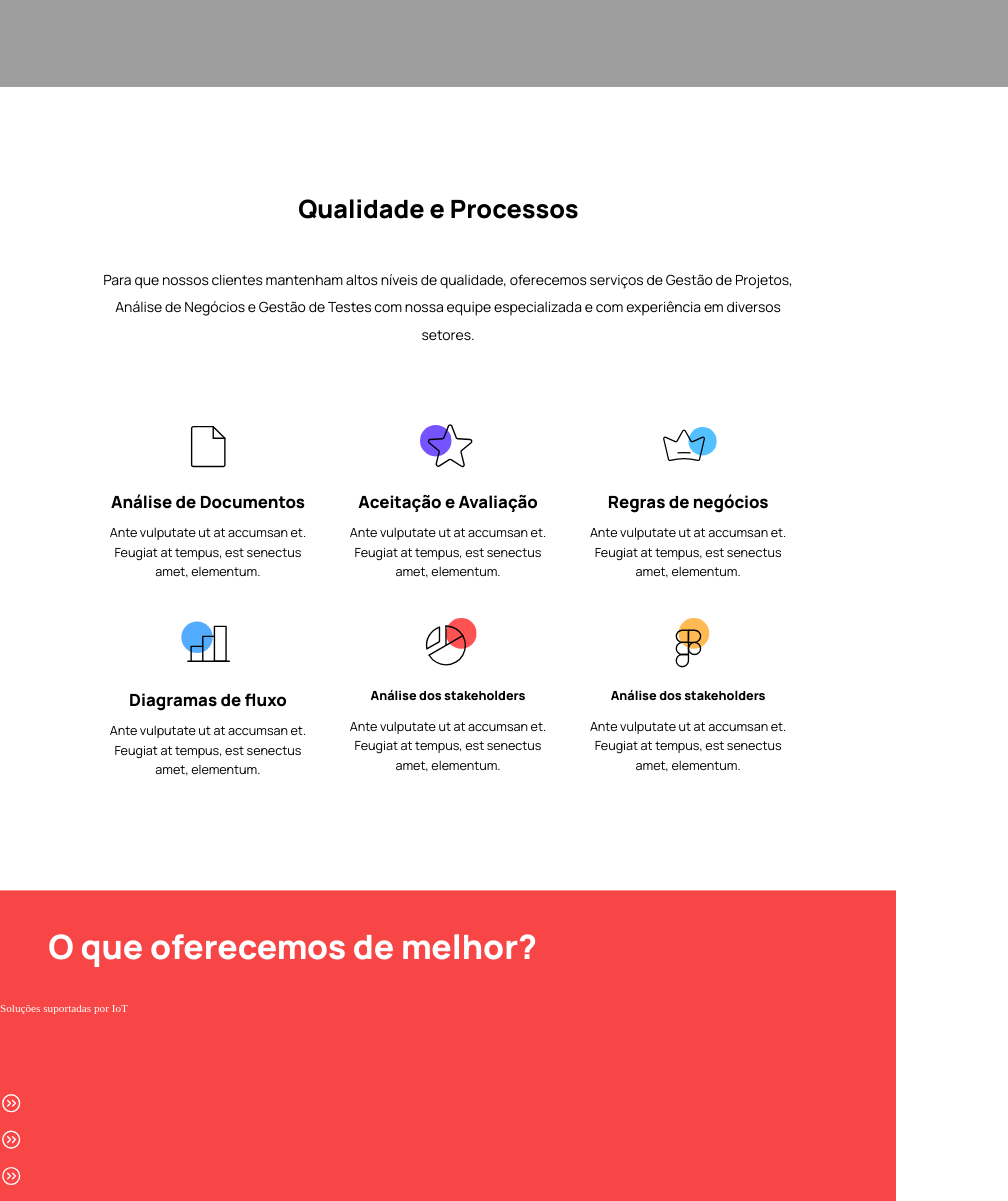
Repository: kleber-goncalves/Landing-Page-Gestao-de-projetos-dnc
Page: index.html
These files come from the project's save history. The page is drawn as it stood at one moment and after the next save; the edit follows.
The browser window is 1280 px wide. The page is 1440 px wide, so the pictures cover 1440 px, including what lies to the right of the window. The pictures show the part of the page from y = 630 to 2350 px (the page is 2346 px tall before and 2350 px after), at 70% of full size.
Pictures or frames that could not be fetched are drawn as grey boxes.

Above is the page before, as saved 2025-01-05 01:42:17.

### index.html
<!DOCTYPE html>
<html lang="pt-br">
<head>
    <meta charset="UTF-8">
    <meta name="viewport" content="width=device-width, initial-scale=1.0">
    <link rel="stylesheet" href="style.css">
    <link rel="preconnect" href="https://fonts.googleapis.com">
    <link rel="preconnect" href="https://fonts.gstatic.com" crossorigin>
    <link href="https://fonts.googleapis.com/css2?family=Manrope:wght@200..800&display=swap" rel="stylesheet">
    <title>Document</title>
</head>
<body>
    <main>
        <section id="topo" >
            <div id="elemnt-topo">
                <h1>Transformando em produtos digitais</h1>
                <p>Para que nossos clientes mantenham altos níveis de qualidade, oferecemos serviços de gestão de projetos e análise de negócios com nossa equipe especializada em diversos setores.</p>
            </div>
        </section>
        <section id="meio">
            <div id="txts-meio" >

                <h2>Qualidade e Processos</h2>
                <p>
                    Para que nossos clientes mantenham altos níveis de qualidade, oferecemos serviços de Gestão de Projetos, Análise de Negócios e Gestão de Testes com nossa equipe especializada e com experiência em diversos setores.
                </p>

            </div>
            <div id="icons-pai-meio" >
                <div class="card-icons" id="icons-documento">
                    <img class="img-icons" src="/img/icons-meio.img/document.svg" alt="document.svg">
                    <p class="txt-icons">Análise de Documentos</p>
                    <p class="sub-icons">Ante vulputate ut at accumsan et. Feugiat at tempus, est senectus amet, elementum.</p>
                </div>
                <div class="card-icons" id="icons-estrela">
                    <img class="img-icons" src="/img/icons-meio.img/estrela.svg" alt="estrela.svg">
                    <p class="txt-icons">Aceitação e Avaliação</p>
                    <p class="sub-icons">Ante vulputate ut at accumsan et. Feugiat at tempus, est senectus amet, elementum.</p>
                </div>
                <div class="card-icons" id="icons-coroa">
                    <img class="img-icons" src="/img/icons-meio.img/coroa.svg" alt="coroa.svg">
                    <p class="txt-icons">Regras de negócios</p>
                    <p class="sub-icons">Ante vulputate ut at accumsan et. Feugiat at tempus, est senectus amet, elementum.</p>
                </div>
                <div class="card-icons" id="icons-fluxos">
                    <img class="img-icons" src="/img/icons-meio.img/fluxo.svg" alt="fluxo.svg">
                    <p class="txt-icons">Diagramas de fluxo</p>
                    <p class="sub-icons">Ante vulputate ut at accumsan et. Feugiat at tempus, est senectus amet, elementum.</p>
                </div>
                <div class="card-icons" id="icons-bola">
                    <img class="img-icons" src="/img/icons-meio.img/bola.svg" alt="bola.svg">
                    <p class="txt-icons" id="p">Análise dos stakeholders</p>
                    <p class="sub-icons">Ante vulputate ut at accumsan et. Feugiat at tempus, est senectus amet, elementum.</p>
                </div>
                <div class="card-icons" id="icons-figma">
                    <img class="img-icons" src="/img/icons-meio.img/figma.svg" alt="figma.svg">
                    <p class="txt-icons" id="p">Análise dos stakeholders</p>
                    <p class="sub-icons">Ante vulputate ut at accumsan et. Feugiat at tempus, est senectus amet, elementum.</p>
                </div>
            </div>
        </section>



        <section id="meio-2">

            <div id="elemt1-meio-2">


                <p id="txt-meio-2">
                    O que oferecemos de melhor?
                </p>
                <p id="sub-meio-2">
                    Soluções suportadas por IoT
                </p>


            </div>

            <div id="elemt2-meio-2">

                <div class="subs-elemt2">
                    <p></p>
                </div>

                <div class="icons-elemt2">
                    <img src="/img/icons-meio.img/setas.svg" alt="setas">
                </div>

                <div class="subs-elemt2">
                    <p></p>
                </div>

                <div class="icons-elemt2">
                    <img src="/img/icons-meio.img/setas.svg" alt="setas">
                </div>
                <div class="subs-elemt2">
                    <p></p>
                </div>

                <div class="icons-elemt2">
                    <img src="/img/icons-meio.img/setas.svg" alt="setas">
                </div>

                <div class="subs-elemt2">
                    <p></p>
                </div>

            </div>

        </section>



    </main>
</body>
</html>

### style.css
body {
    margin: 0;
    font-size: 16px;
    box-sizing: border-box;
}





#topo {
    width:  1440px;
    height:  754px;
    background-image: url(/img/topo-fundo.svg);
    background-size: cover;
    background-repeat: no-repeat;
    display:flex ;
    flex-direction: column;
    justify-items: flex-start;
}

#topo > #elemnt-topo {
    margin-left: 121px;
    margin-top: 236px;
}

#elemnt-topo > h1 {
    width: 665px;
    height: 164px;
    font-family: "Manrope", serif;
    font-size: 64px;
    font-weight: 800;
    color: black;
}

#elemnt-topo > p {
    font-family: "Manrope", serif;
    width:  650px;
    height: 99px;
    font-family: Manrope;
    font-size: 20px;
    font-weight: 400;
}






#meio{
    display: flex;
    flex-direction: column;
    gap: 91px;
    margin-top: 120px;
    margin-left: 143px;
    margin-bottom: 141px;
    margin-right: 143px;
}



#txts-meio {
    display: flex;
    flex-direction: column;
    align-items: center;
}

#txts-meio > h2 {
    width: 428px;
    height: 56px;
    color: black;
    font-family: "Manrope", serif;
    font-size: 36px;
    font-weight: 800;
    line-height: 49.18px;
}


#txts-meio > p {
    width:  994px;
    height:  109px;
    color: black;
    font-family: "Manrope", serif;
    font-size: 20px;
    font-weight: 400;
    line-height: 39.5px;
    text-align: center;
}




#icons-pai-meio {
    display: grid;
    grid-template-columns: repeat(3, 1fr);
    gap: 35px;
}

.card-icons {
    display: flex;
    flex-direction: column;
    align-items: center;
}

.img-icons {
    width: 81px;
    height: 76px;
}


.txt-icons {
    width:  284px;
    height:  31px;
    font-family: "Manrope", serif;
    font-size: 24px;
    font-weight: 800;
    line-height: 32.78px;
    text-align: center;
    margin-bottom: 10px;
}

.sub-icons {
    width:  298px;
    height:  84px;
    font-family: "Manrope", serif;
    font-size: 18px;
    font-weight: 400;
    line-height: 28px;
    text-align: center;
    margin-top: 5px;
}

#icons-bola > #p, #icons-figma > #p {
    font-size: 18px;
}





#meio-2 {
    color: #FFFFFF;
    background-color: #F84646;
    display: flex;
    flex-direction: column;
    gap: 64px;
}

#txt-meio-2 {
    width: 836px;
    height: 64px;
    font-family: "Manrope", serif;
    font-size: 48px;
    font-weight: 800;
    line-height: 64px;
    text-align: center;
}


#sub-meio-2 {
    width: 836px;
    height: 32px;

}

### img/icons-meio.img/setas.svg
<svg width="32" height="32" viewBox="0 0 32 32" fill="none" xmlns="http://www.w3.org/2000/svg">
<path d="M16 28C22.6274 28 28 22.6274 28 16C28 9.37258 22.6274 4 16 4C9.37258 4 4 9.37258 4 16C4 22.6274 9.37258 28 16 28Z" stroke="white" stroke-width="2" stroke-linecap="round" stroke-linejoin="round"/>
<path d="M11 20L15 16L11 12" stroke="white" stroke-width="2" stroke-linecap="round" stroke-linejoin="round"/>
<path d="M18 20L22 16L18 12" stroke="white" stroke-width="2" stroke-linecap="round" stroke-linejoin="round"/>
</svg>

After the next save:
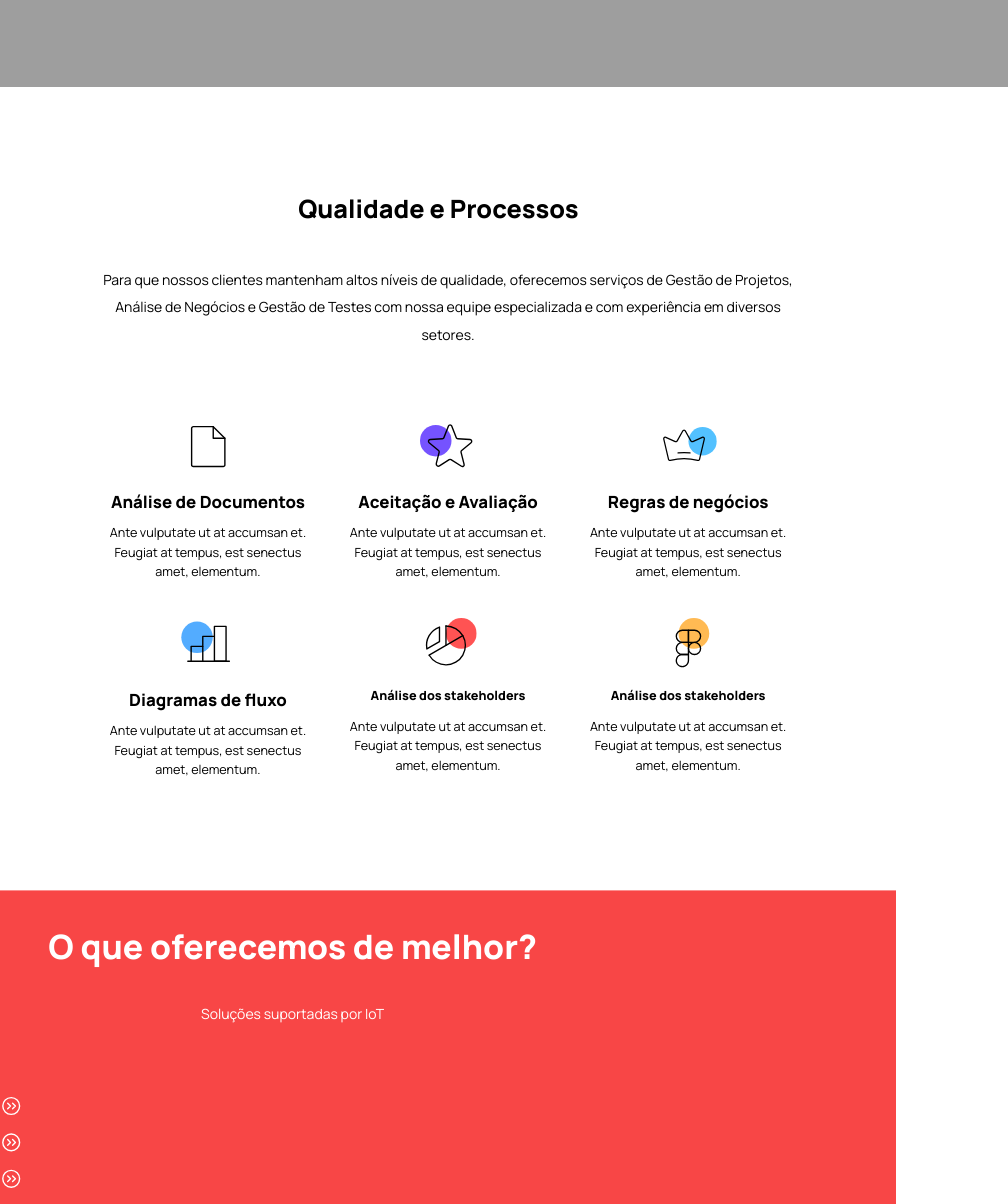
Saved 4 s later.
--- a/style.css
+++ b/style.css
@@ -160,5 +160,12 @@ body {
 #sub-meio-2 {
     width: 836px;
     height: 32px;
+    font-family: Manrope;
+    font-size: 20px;
+    font-weight: 400;
+    line-height: 32px;
+    text-align: center;
+    text-underline-position: from-font;
+    text-decoration-skip-ink: none;
 
 }
